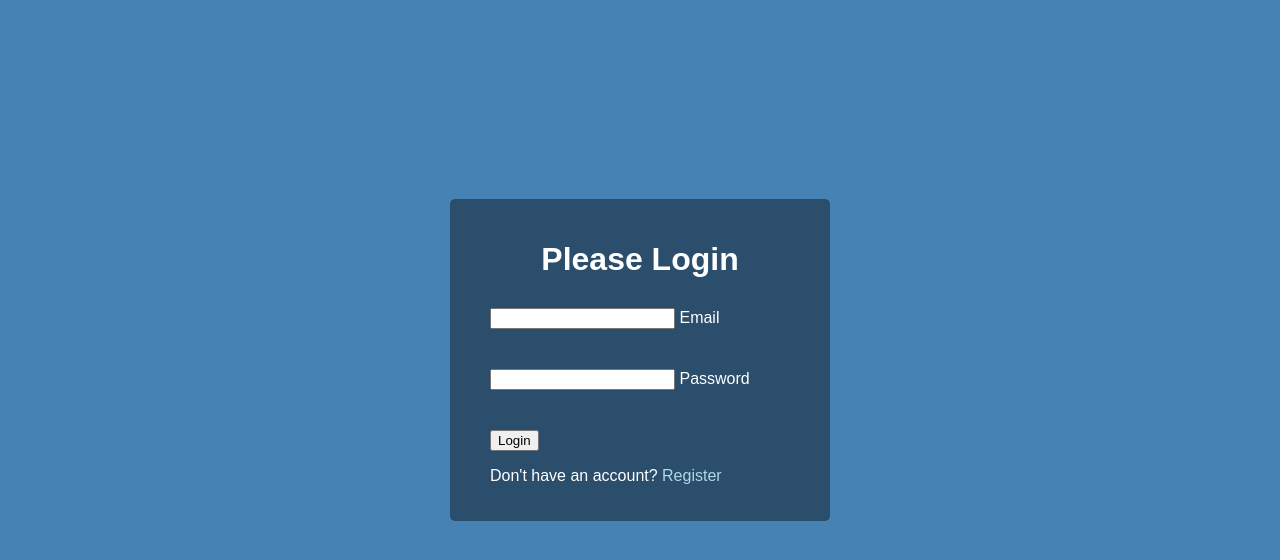
Repository: thecoachanna/form-animation
Page: index.html
An editor plug-in stored every save of this project. The page is shown before and after a run of saves, followed by the edit.
The browser window is 1280 px wide. The pictures show the whole page.
Some web fonts or font styles are not loaded; a fallback is used.

Above is the page before, as saved 2023-02-26 09:55:52.

### index.html
<!DOCTYPE html>
<html lang="en">
<head>
    <meta charset="UTF-8">
    <meta http-equiv="X-UA-Compatible" content="IE=edge">
    <meta name="viewport" content="width=device-width, initial-scale=1.0">
    <link rel="stylesheet" href="style.css">
    <title>Wave Animation</title>
</head>
<body>
    <div class="container">
        <h1>Please Login</h1>
        <form>
            <div class="form-control">
                <input type="text" required>
                <label>Email</label>
            </div>
            <div class="form-control">
                <input type="password" required>
                <label>Password</label>
            </div>
            <button class="btn">Login</button>

            <p class="text">Don't have an account? <a href="#">Register</a></p>
        </form>
    </div>
    <script src="script.js"></script>
</body>
</html>

### style.css
@import url('https://fonts.googleapis.com/css?family=Muli&display=swap');


* {
    box-sizing: border-box;
}

body {
    background-color: steelblue;
    color: white;
    font-family: 'Muli', sans-serif;
    display: flex;
    flex-direction: column;
    align-items: center;
    justify-content: center;
    height: 100vh;
    overflow: hidden;
    margin: 0;
}

.container {
    background-color: rgba(0,0,0,0.4);
    padding: 20px 40px;
    border-radius: 5px;
}

.container h1 {
    text-align: center;
    margin-bottom: 30px;
}

.container a {
    text-decoration: none;
    color: lightblue;
}

.form-control {
    position: relative;
    margin: 20px 0 40px;
    width: 300px;
}

Loaded but not shown: script.js (no copy from this time; the picture is the same without it)

After the next 3 saves:
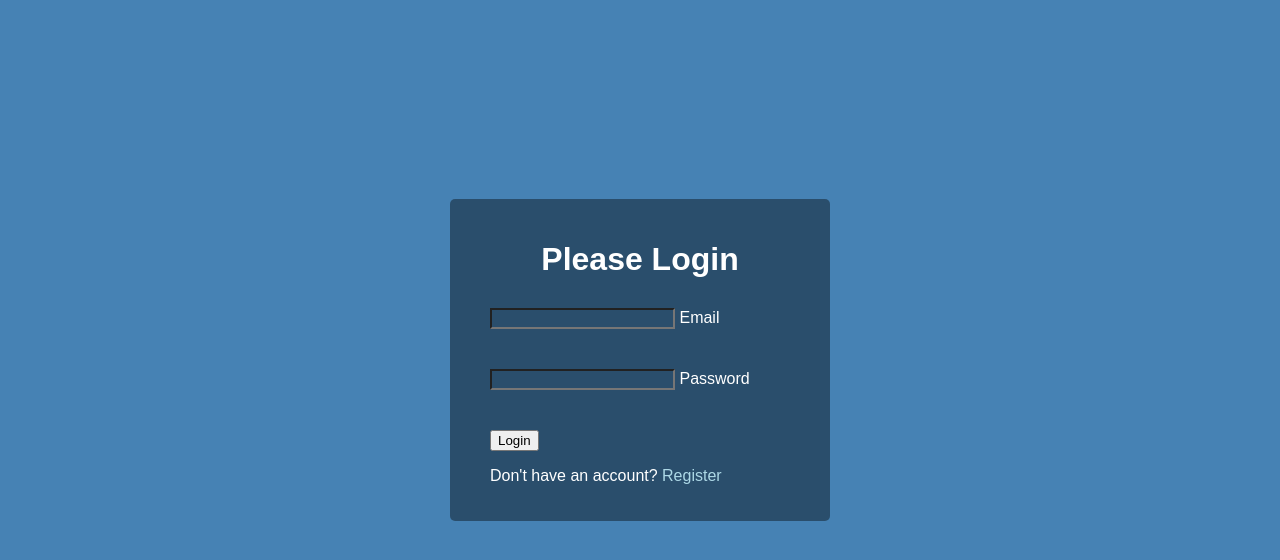
The 3 saves are shown as one change because they came seconds apart.
The last was saved 14 s later.
--- a/style.css
+++ b/style.css
@@ -39,3 +39,7 @@ body {
     margin: 20px 0 40px;
     width: 300px;
 }
+
+.form-control input {
+    background-color: transparent;
+}
